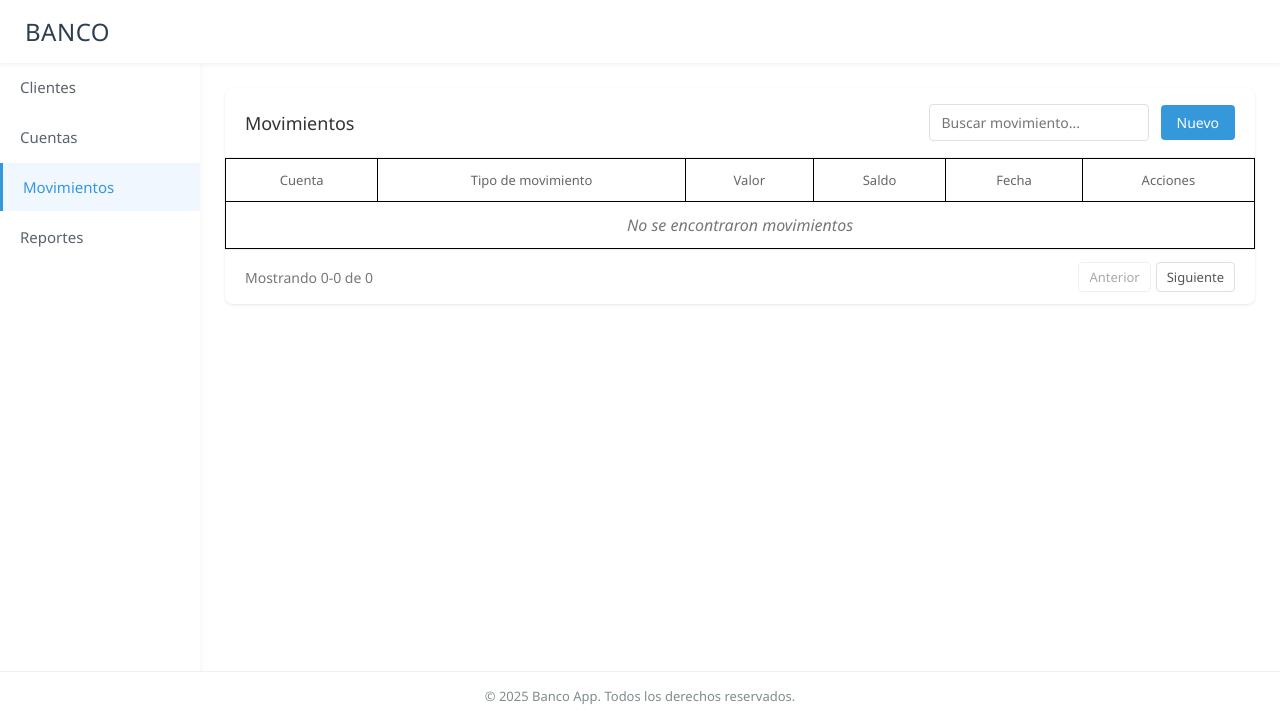
Repository: nder1996/Bank-Devsu
Page: /movimientos (app in Frontend/banco-devsu/)
An editor plug-in stored every save of this project. The page is shown before and after a run of saves, followed by the edit.
The browser window is 1280 px wide. The pictures show the whole page.
The page's requests for data from a server got no answer. The project was rebuilt for these pictures with package versions that can differ from the ones it lists, and the page was loaded fresh each time. No one was signed in, and anything a server would have sent is missing. Also part of the build but not shown: Frontend/banco-devsu/angular.json, Frontend/banco-devsu/src/app/presentation/pages/clientes/clientes.component.ts, Frontend/banco-devsu/src/app/core/services/cliente.service.ts, Frontend/banco-devsu/src/app/presentation/pages/cuentas/cuentas.component.ts, Frontend/banco-devsu/src/app/core/services/cuenta.service.ts, Frontend/banco-devsu/src/app/presentation/pages/reportes/reportes.component.ts.

Above is the page before, as saved 2025-08-22 14:04:32.

After the next 2 saves:
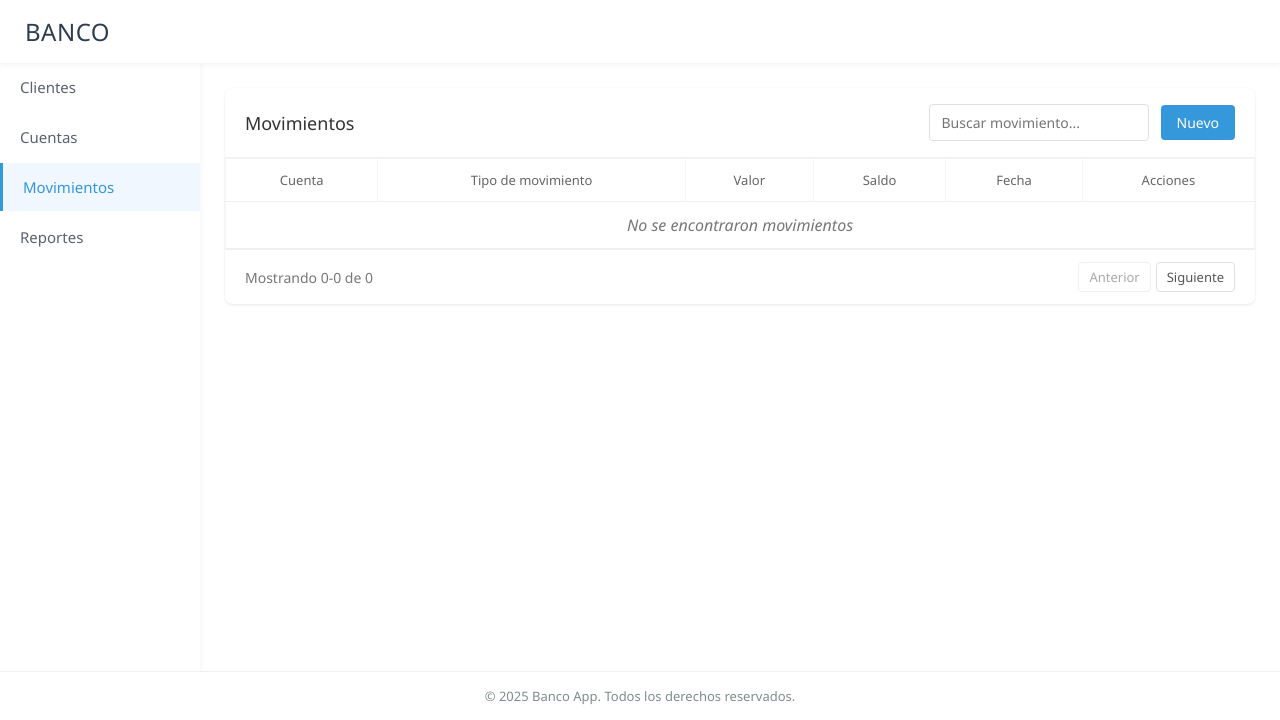
The 2 saves are shown as one change because they came seconds apart.
The last was saved 8 s later.
--- a/Frontend/banco-devsu/src/styles.css
+++ b/Frontend/banco-devsu/src/styles.css
@@ -39,13 +39,5 @@ html, body {
 
 .data-table th, .data-table td{
 text-align: center !important;
-border: 1px solid whitesmoke !important;
+border: 1px solid whitesmoke;
 }
-
-.data-table th, .data-table td {
-  border: 1px solid black !important;
-  text-align: center; /* Centra el texto horizontalmente */
-  vertical-align: middle; /* Centra el texto verticalmente */
-  padding: 10px; /* Espaciado interno para mejor apariencia */
-  line-height: normal; /* Asegura que el texto se alinee correctamente */
-}
